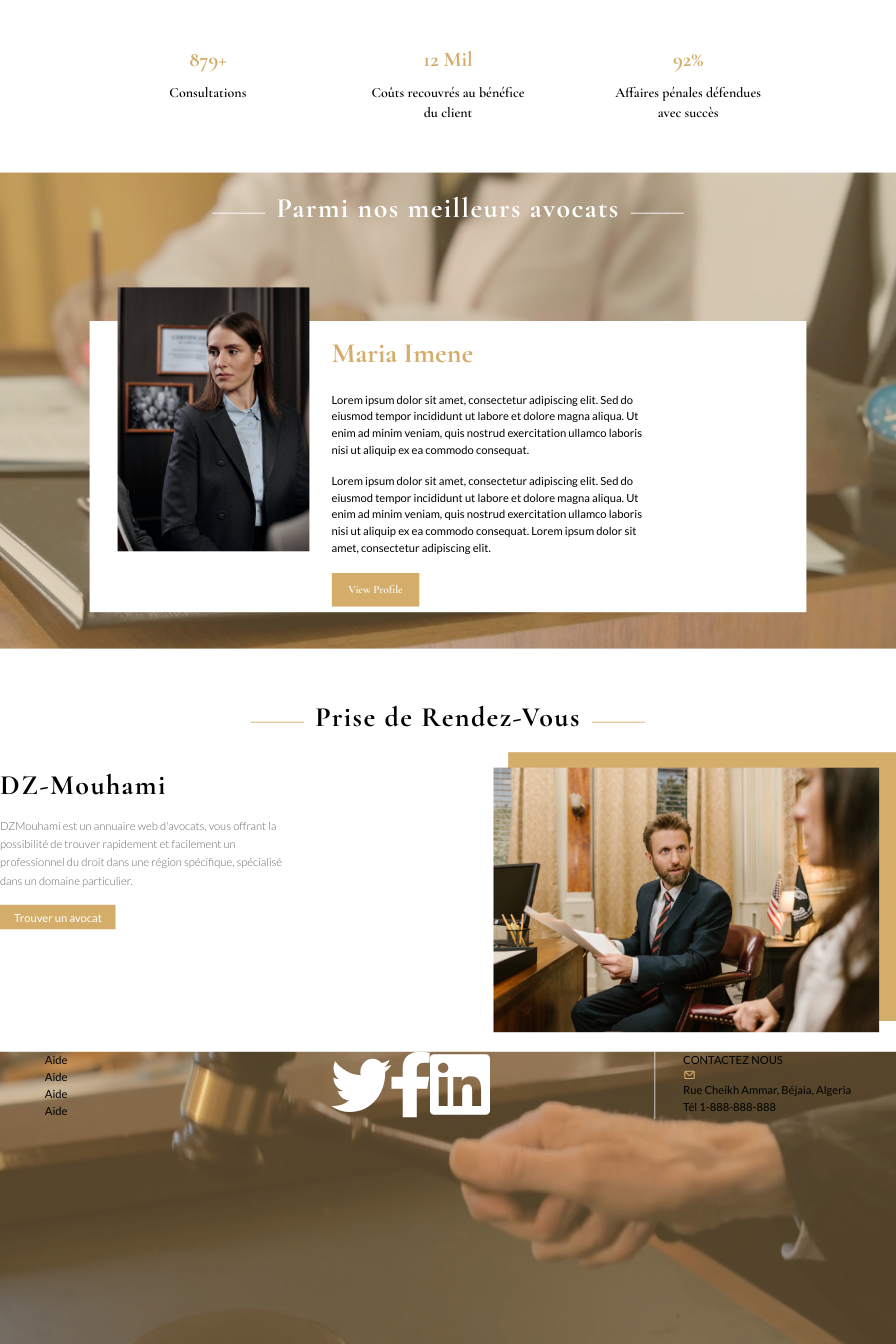
Repository: Chekrouba-Tinhinane/Mohami_dz
Page: / (app in client/)
An editor plug-in stored every save of this project. The page is shown before and after a run of saves, followed by the edit.
The browser window is 1280 px wide. The pictures show the part of the page from y = 2222 to 4142 px (the page is 4142 px tall), at 70% of full size.
The project was rebuilt for these pictures with package versions that can differ from the ones it lists, and the page was loaded fresh each time. Also part of the build but not shown: client/vite.config.js, client/src/SignIn.jsx, client/src/components/Selector.jsx, client/src/components/SearchContainer.jsx, client/src/Search.jsx, client/src/components/super/HomeLayout.jsx, client/src/components/Profile.jsx.

Above is the page before, as saved 2024-01-25 12:26:19.

After the next 3 saves:
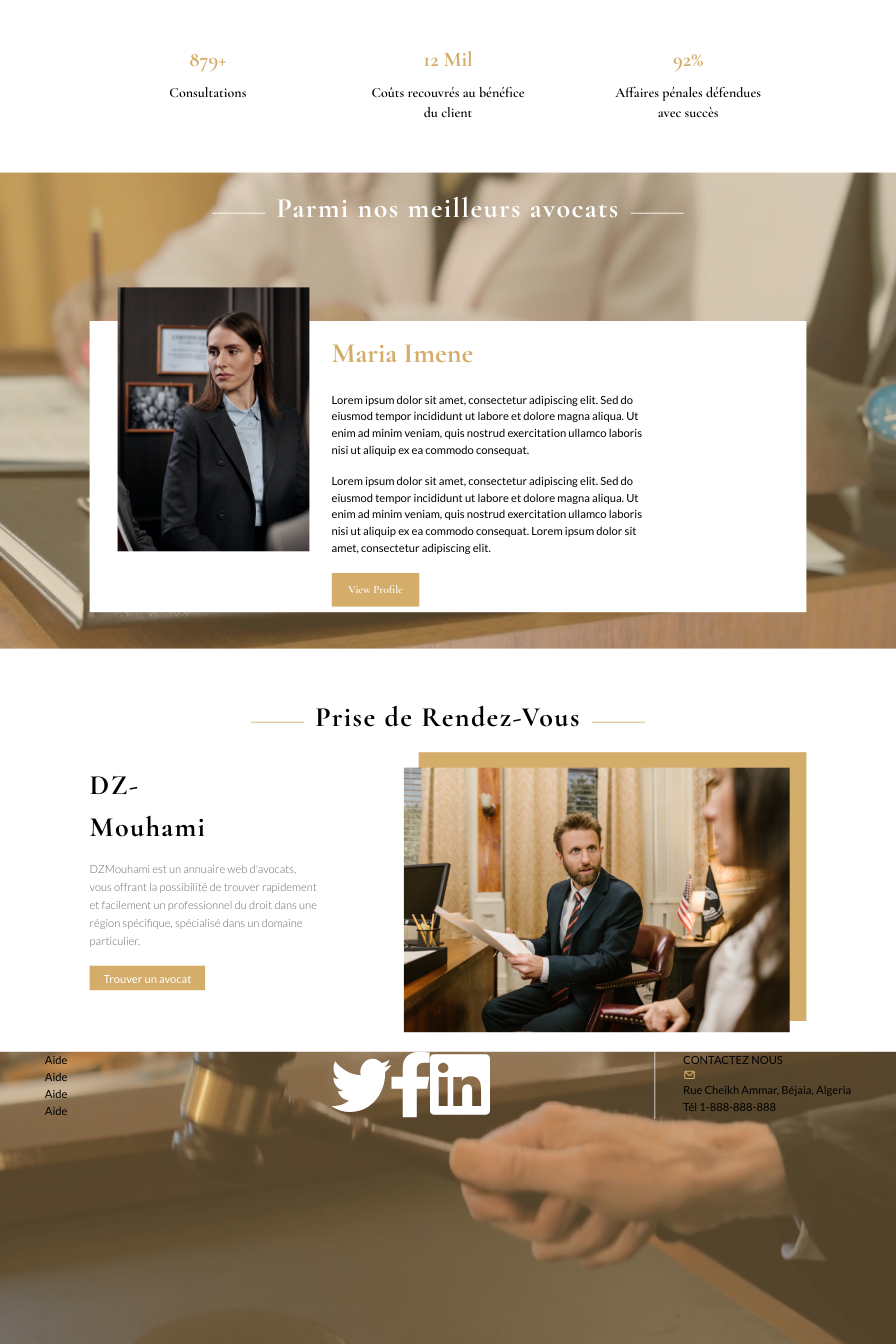
The 3 saves are shown as one change because they came seconds apart.
The last was saved 17 s later.
--- a/client/src/LandingPage.jsx
+++ b/client/src/LandingPage.jsx
@@ -312,7 +312,7 @@ function Appoint() {
         </div>
       </div>
 
-      <div className=" flex w-full justify-between ">
+      <div className=" flex w-[80%] items-center justify-between ">
         <div className=" basis-[40%] mb-16 ">
           {" "}
           {/*  */}
